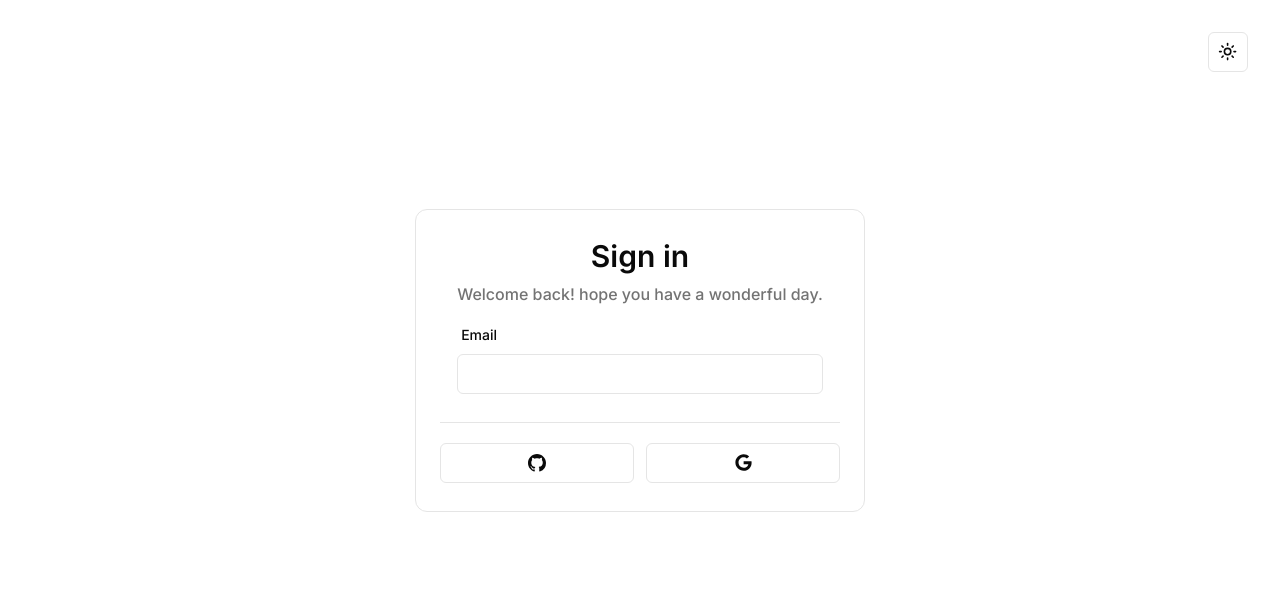
Repository: nickgoel31/authentication-toolkit
Page: /sign-in
The author's editor kept a copy of each file at every save. The page is drawn from the files as they stood at one save, then again after the next save.
The browser window is 1280 px wide. The pictures show the whole page.
The project was rebuilt for these pictures with package versions that can differ from the ones it lists, and the page was loaded fresh each time. The framework's server and built-in components were replaced by stand-ins that run in the browser. Also part of the build but not shown: next.config.mjs.

Above is the page before, as saved 2024-02-04 13:39:37.

After the next save:
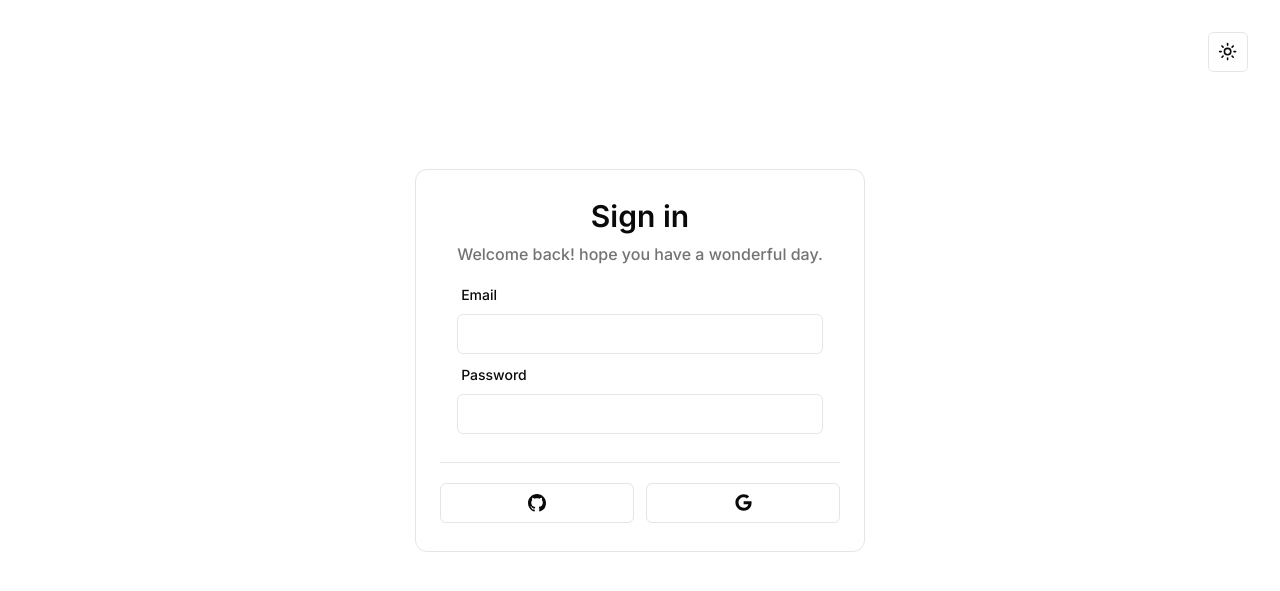
Saved 49 s later.
--- a/components/auth/sign-in-form.tsx
+++ b/components/auth/sign-in-form.tsx
@@ -32,20 +32,34 @@ const SignInForm = () => {
   return (
     <Form {...form}>
         <form action="">
-        <FormField
-            control={form.control}
-            name="email"
-            render={({...field}) => (
-            <FormItem>
-                <FormLabel className='ml-1'>Email</FormLabel>
-                <FormControl>
-                    <Input type='email'/>
-                </FormControl>
-                <FormDescription />
-                <FormMessage />
-            </FormItem>
-            )}
-        />
+            <FormField
+                control={form.control}
+                name="email"
+                render={({...field}) => (
+                <FormItem>
+                    <FormLabel className='ml-1'>Email</FormLabel>
+                    <FormControl>
+                        <Input type='email' {...field}/>
+                    </FormControl>
+                    <FormDescription />
+                    <FormMessage />
+                </FormItem>
+                )}
+            />
+            <FormField
+                control={form.control}
+                name="password"
+                render={({...field}) => (
+                <FormItem>
+                    <FormLabel className='ml-1'>Password</FormLabel>
+                    <FormControl>
+                        <Input type='password' {...field}/>
+                    </FormControl>
+                    <FormDescription />
+                    <FormMessage />
+                </FormItem>
+                )}
+            />
         </form>
     </Form>
   )
